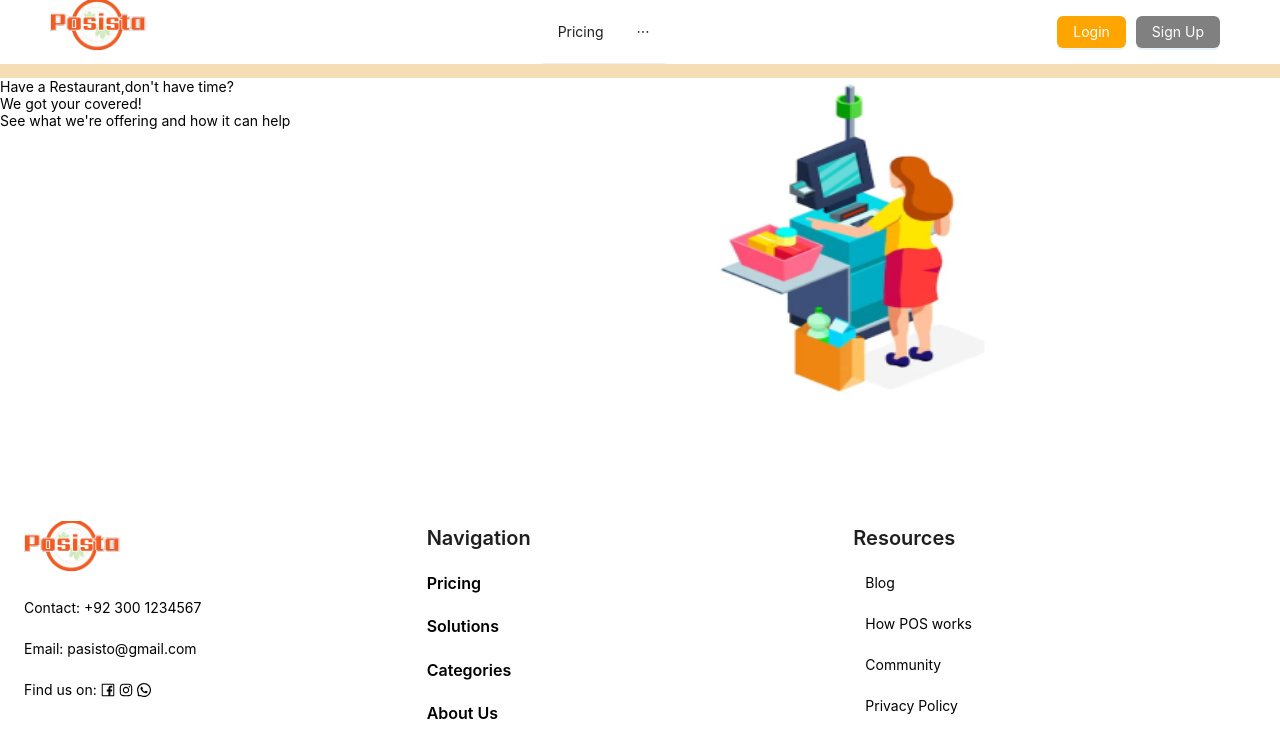
Repository: usmanarshad90/Posista
Page: / (app in test/)
The author's editor kept a copy of each file at every save. The page is drawn from the files as they stood at one save, then again after the next save.
The browser window is 1280 px wide. The pictures show the whole page.
The project was rebuilt for these pictures with package versions that can differ from the ones it lists, and the page was loaded fresh each time. Also part of the build but not shown: test/src/components/Pricing/Pricing.jsx, test/src/components/Solution/Solutions.jsx, test/src/components/About/AboutUs.jsx, test/src/components/login/login.jsx, test/src/components/signup/signup.jsx.

Above is the page before, as saved 2023-11-28 14:41:11.

### test/public/index.html
<!DOCTYPE html>
<html lang="en">
  <head>
    <meta charset="utf-8" />
    <link rel="icon" href="%PUBLIC_URL%/favicon.ico" />
    <meta name="viewport" content="width=device-width, initial-scale=1" />
    <meta name="theme-color" content="#000000" />
    <meta
      name="description"
      content="Web site created using create-react-app"
    />
    <link rel="apple-touch-icon" href="%PUBLIC_URL%/logo192.png" />

    <link rel="manifest" href="%PUBLIC_URL%/manifest.json" />

    <title>Posisto</title>
  </head>
  <body>
    <noscript>You need to enable JavaScript to run this app.</noscript>
    <div id="root"></div>



  </body>
</html>

### test/src/index.css
body {
  margin: 0;
  font-family: -apple-system, BlinkMacSystemFont, 'Segoe UI', 'Roboto', 'Oxygen',
    'Ubuntu', 'Cantarell', 'Fira Sans', 'Droid Sans', 'Helvetica Neue',
    sans-serif;
  -webkit-font-smoothing: antialiased;
  -moz-osx-font-smoothing: grayscale;
}

code {
  font-family: source-code-pro, Menlo, Monaco, Consolas, 'Courier New',
    monospace;
}
.background{
  background-image: url("./images/background.jpg")!important;

}



/* .container{
  max-width: 1000px;
  margin: auto;
  width: 100%;
  padding-inline: 1rem;
  padding-block:5rem;

} */

### test/src/App.js
import {BrowserRouter  as Router , Routes , Route} from 'react-router-dom'
import Home from './components/Home/Home';

import Pricing from './components/Pricing/Pricing';
import Solutions from './components/Solution/Solutions';
import AboutUs from './components/About/AboutUs';
import Login from './components/login/login';
import SignUp from './components/signup/signup';


function App() {
  return (
    <Router>
    {/* if i can do it like this all pages come on the header */}

      <Routes>

        {/* if i can do it like this header individually come on the each page*/}

        <Route path="/" element={< Home/>} />
        <Route path="/login" element={<Login/>}/>
        <Route path="/signup" element={<SignUp/>} />

        <Route path="/pricing" element={< Pricing/>} />
        <Route path="/solution" element={< Solutions/>} />
        <Route path="/about" element={<AboutUs/>} />

        </Routes>
        {/* for footer i can call here */}

        </Router>
  );
}

export default App;

### test/src/components/Home/Home.jsx
import React from 'react'
import PageHeader from '../PageHeader/PageHeader'
import HeroSection from '../HeroSection/HeroSection'
import PageFooter from '../Footer/Footer'

const Home = () => {
  return (
    <>
    <PageHeader/>
    <HeroSection/>



    <PageFooter/>

    </>
  )
}

export default Home

### test/src/components/PageHeader/PageHeader.jsx
import React from 'react'
import { Layout, Menu, Button, Row, Col } from 'antd';
import { Link } from 'react-router-dom';
import logoimage from '../../images/posistologo.png'
import {HomeOutlined, UserOutlined,SettingOutlined,} from '@ant-design/icons';

const { Header } = Layout;
const PageHeader = () => {
  return (
    <Row>
      <Col lg={24} xl={24} md={12} xs={4} >
    <Layout className="layout">
    <Header style={{ display: 'flex', justifyContent: 'space-between' ,backgroundColor: 'white' }}>
      <div className="logo" >

      <Link to={'/'}><img src={logoimage} alt="" width="100px"  /></Link>
        </div>
      <Menu  mode="horizontal" style={ {color:'black',backgroundColor: 'transparent'}} >
        <Link to={'/pricing'} ><Menu.Item key="1" >Pricing</Menu.Item></Link>


        <Link to={'/solution'} ><Menu.Item key="2" >Solutions</Menu.Item></Link>

        <Link to={'/about'} ><Menu.Item key="3" >About Us</Menu.Item></Link>
      </Menu>

      <div>

        <Link to="/login"><Button type="primary" style={{ marginRight: '10px', backgroundColor: 'orange' }}>Login</Button>
        </Link>
        <Link to="/signup"><Button type="primary" style={{ marginRight: '10px', backgroundColor: 'grey' }}>Sign Up</Button></Link>
      </div>




    </Header>
  </Layout>
  </Col>
  </Row>
  )
}

export default PageHeader;

### test/src/components/HeroSection/HeroSection.jsx
import React from 'react'
import { Row,Col,Image,Divider} from 'antd';

import image from '../../images/design.png'

const HeroSection = () => {




      const DemoBox = (props) => <p className={`height-${props.value}`}>{props.children}</p>;
  return (
    <>
    <Row  >
      <Col  lg={{ span:24, order: 1 }} md={24} xs={24} xl={24} xxl={24}  style={{background:'wheat'}}>
      <DemoBox value={'100%'}> </DemoBox>
        </Col>

    <Col lg={{ span: 12, order: 2 }} md={8} xs={4} xl={12}>

    <div   >

         Have a Restaurant,don't have time? <br />
         We got your covered! <br/>

         <div   >See what we're offering and how it can help <br />


         </div>
    </div>
    </Col>
    <Col lg={{ span: 12, order: 3 }}md={8} xs={4} xl={12}>
    <Image width={'70%'} preview={false} height={'90%'} src={image} alt="#" />

    </Col>
   </Row>
   </>
  )
}

export default HeroSection

### test/src/components/Footer/Footer.jsx
import React from 'react'
import { Layout, Menu, Row, Col, Typography } from 'antd';
import { Link } from 'react-router-dom';
import logoimage from '../../images/posistologo.png';
import { FacebookOutlined,InstagramOutlined , WhatsAppOutlined} from '@ant-design/icons';
// const {PageFooter}=Layout;




const Footer = () => {
  const style = {
    background: '',

    padding: ' 12px ',



  };


  return (
    <Row><Col  lg={{ span:8, order: 1 }} md={6} xs={4} xl={8} xxl={8} style={style} >

      <div style={style} className="logo" >

      <Link to={'/'}><img src={logoimage} alt="" width="100px"  /></Link>
      </div>
      <div style={style}>Contact: +92 300 1234567</div>
      <div style={style}>Email: pasisto@gmail.com</div>
      <div style={style}>Find us on: <FacebookOutlined  /> <InstagramOutlined /> <WhatsAppOutlined /></div>

      </Col>

      <Col  lg={{ span:8, order: 1 }} md={6} xs={4} xl={8} xxl={8}   >

      <Typography.Title level={4} >Navigation </Typography.Title>


      <Typography.Title level={5}>
      <Link to={'/pricing'} style={{color:'black'}}>Pricing</Link> </Typography.Title>

      <Typography.Title level={5}>
      <Link to={'/solution'} style={{color:'black'}}>Solutions</Link></Typography.Title>
      <Typography.Title level={5}>
      <Link to={'/about'} style={{color:'black'}}>Categories</Link></Typography.Title>
      <Typography.Title level={5}>
      <Link to={'/about'} style={{color:'black'}}>About Us</Link></Typography.Title>


      </Col>

      <Col  lg={{ span:8, order: 1 }} md={6} xs={4} xl={8} xxl={8}   >
        <Typography.Title level={4}>Resources</Typography.Title>
        <div style={style}>Blog</div>
        <div style={style}>How POS works</div>
        <div style={style}>Community</div>
        <div style={style}>Privacy Policy</div>
      </Col>




    </Row>

  )
}

export default Footer

Loaded but not shown: test/src/index.js (common file)

After the next save:
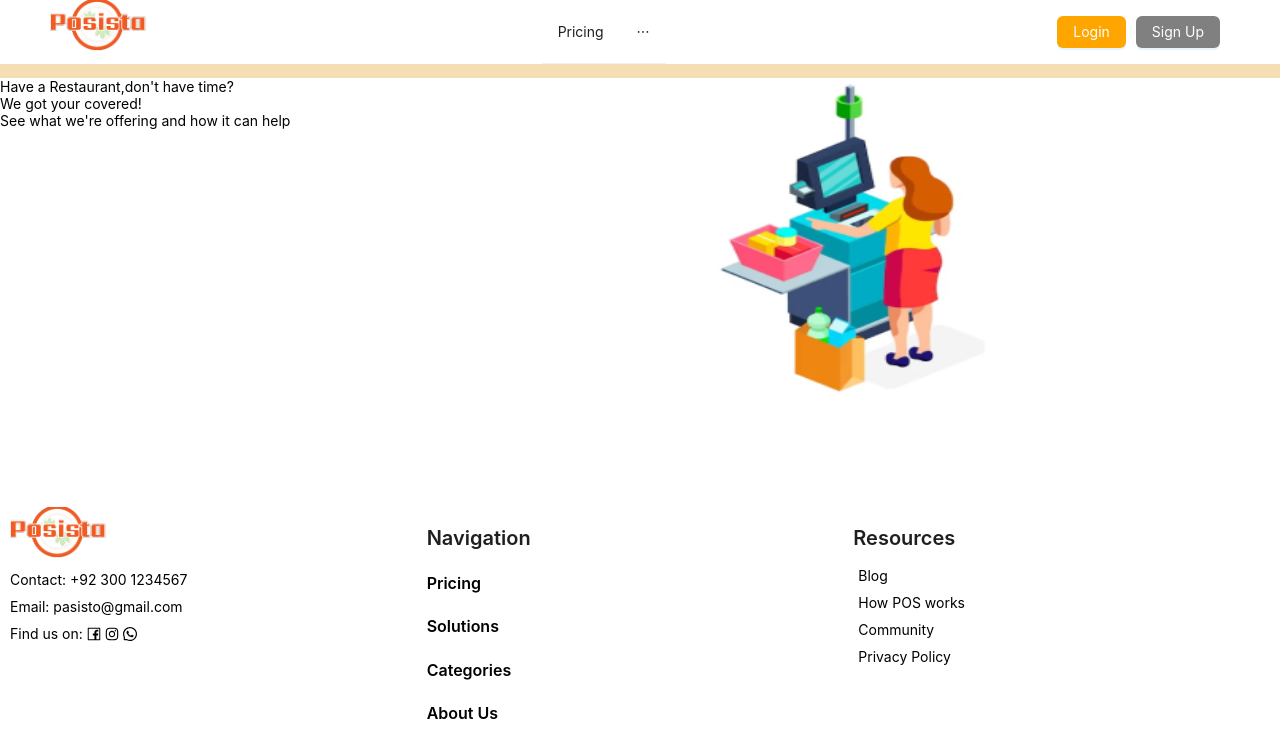
Saved 16 s later.
--- a/test/src/components/Footer/Footer.jsx
+++ b/test/src/components/Footer/Footer.jsx
@@ -12,7 +12,7 @@
   const style = {
     background: '',
 
-    padding: ' 12px ',
+    padding: ' 5px ',
 
 
 

After the save that followed:
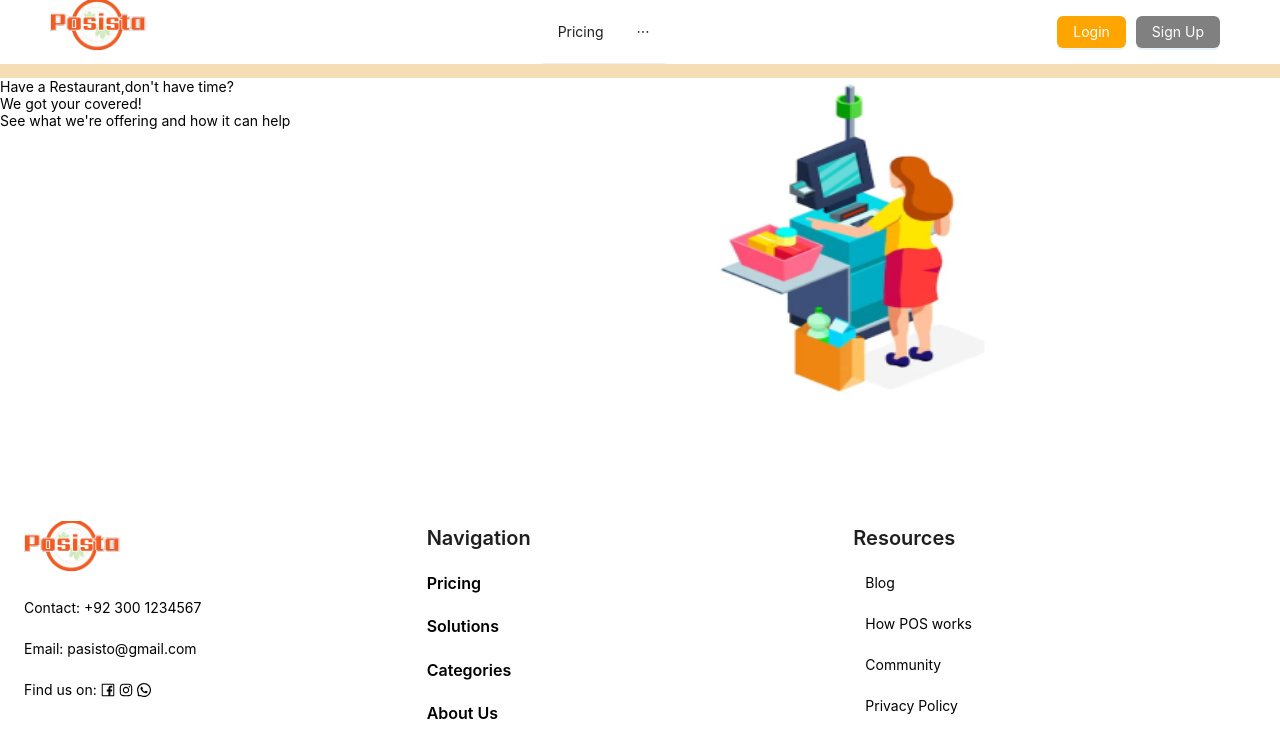
Saved 56 s later.
--- a/test/src/components/Footer/Footer.jsx
+++ b/test/src/components/Footer/Footer.jsx
@@ -12,7 +12,7 @@
   const style = {
     background: '',
 
-    padding: ' 5px ',
+    padding: ' 12px ',
 
 
 
